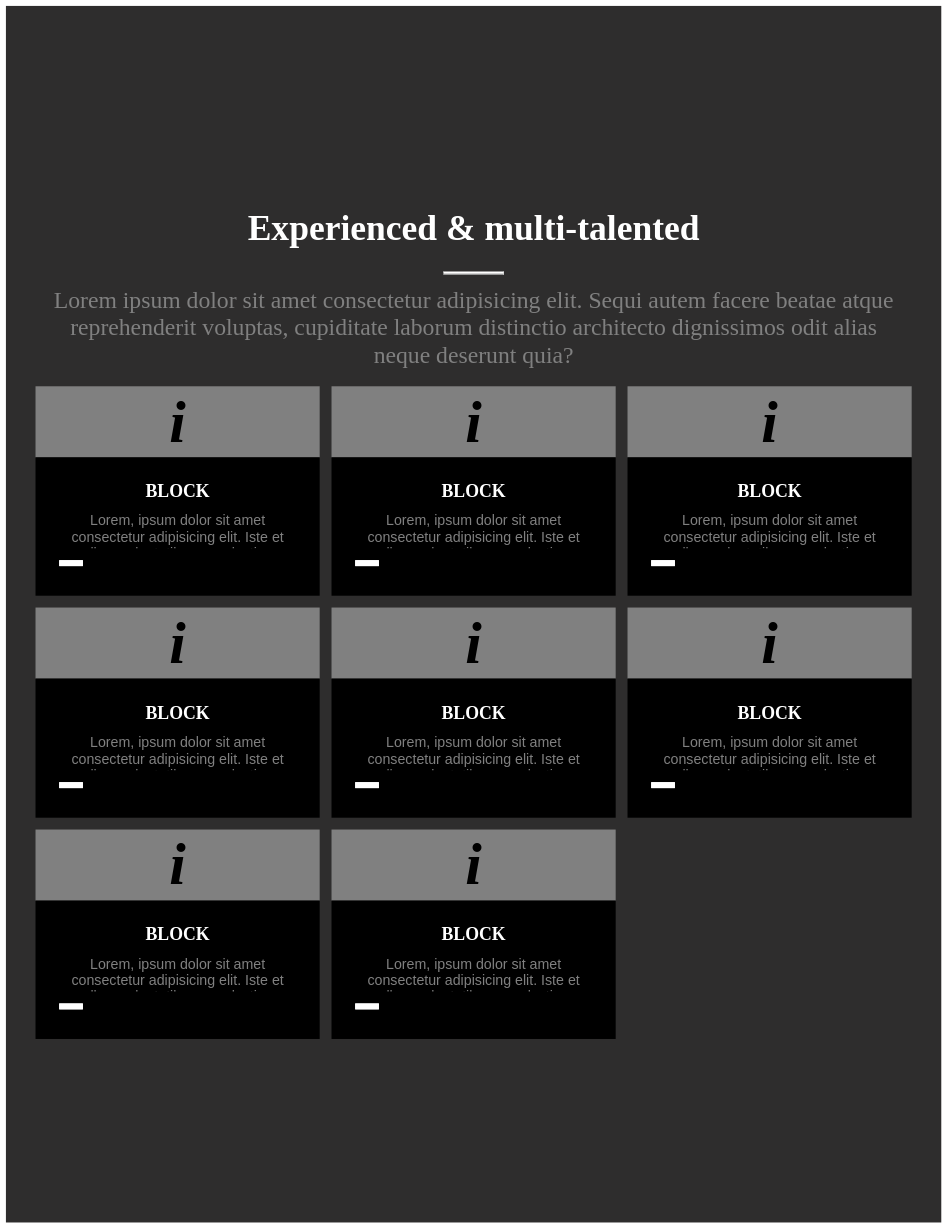
Repository: MohmdMHR/limesharp-test
Page: /
The author's editor kept a copy of each file at every save. The page is drawn from the files as they stood at one save, then again after the next save.
The browser window is 1280 px wide. The pictures show the whole page, at 74% of full size.
The project was rebuilt for these pictures with package versions that can differ from the ones it lists, and the page was loaded fresh each time. Also part of the build but not shown: vue.config.js.

Above is the page before, as saved 2022-07-20 18:06:28.

After the next save:
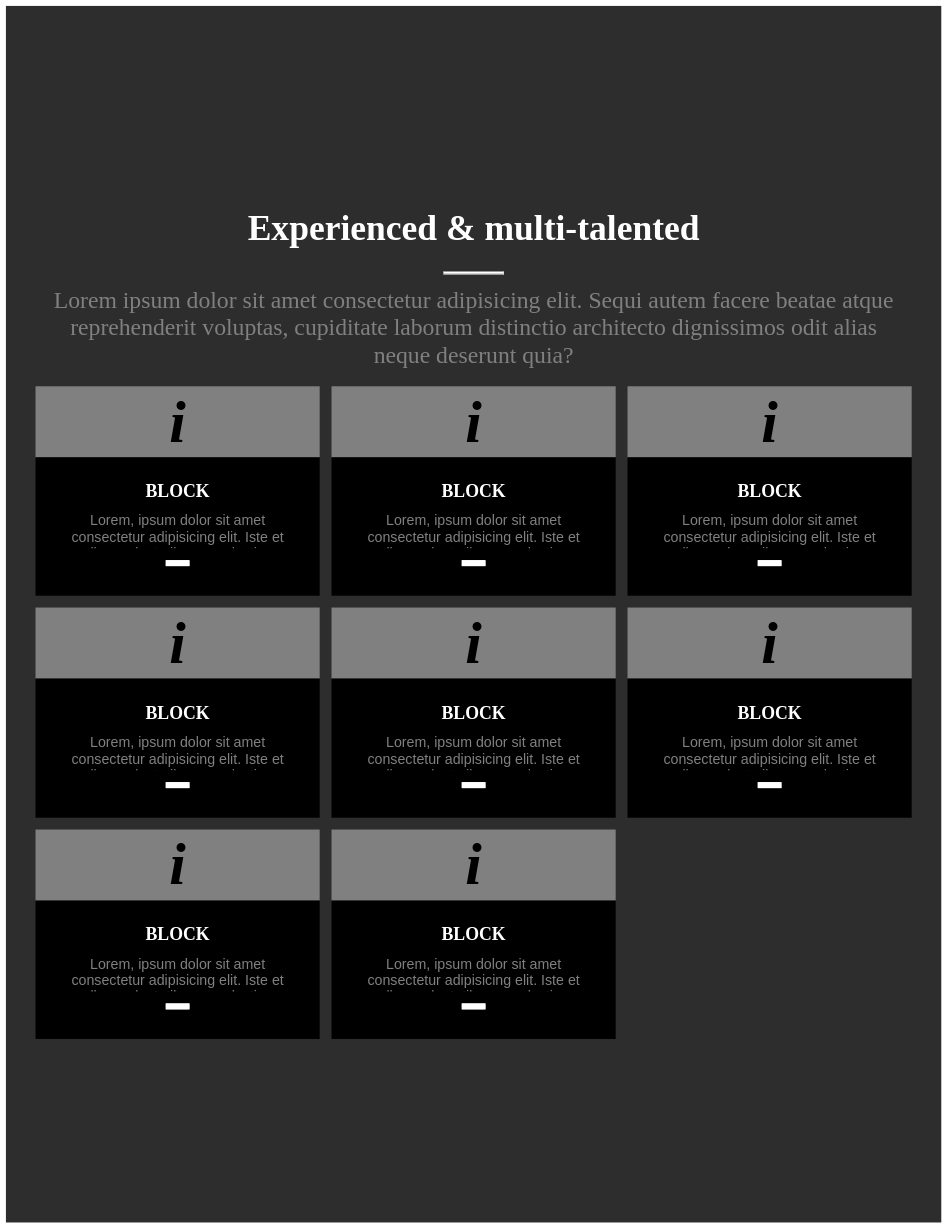
Saved 22 s later.
--- a/src/components/card.vue
+++ b/src/components/card.vue
@@ -82,6 +82,7 @@ export default {
   }
 }
 .card-btn {
+  margin-inline: auto;
   cursor: pointer;
   height: 2rem;
   position: relative;
